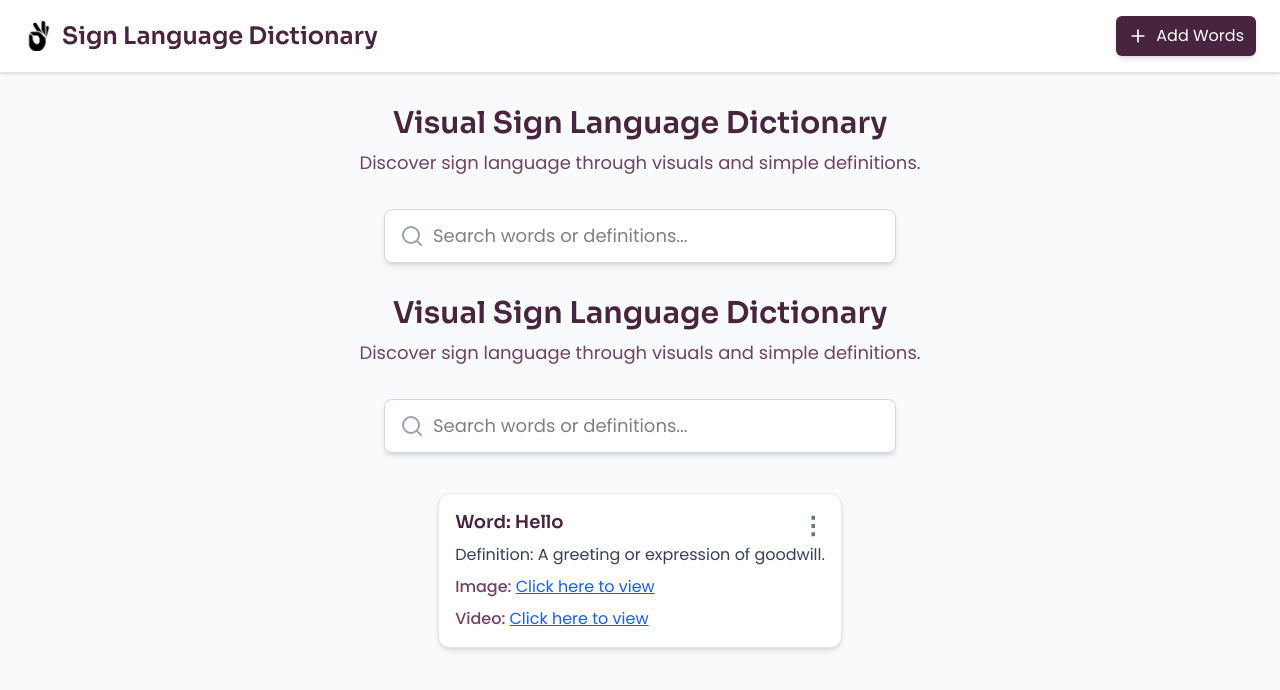
Repository: jabir12-12/sign-setu
Page: /
These files come from the project's save history. The page is drawn as it stood at one moment and after the next save; the edit follows.
The browser window is 1280 px wide. The pictures show the whole page.
The project was rebuilt for these pictures with package versions that can differ from the ones it lists, and the page was loaded fresh each time. The framework's server and built-in components were replaced by stand-ins that run in the browser. Also part of the build but not shown: next.config.ts.

Above is the page before, as saved 2025-05-27 17:28:44.

After the next save:
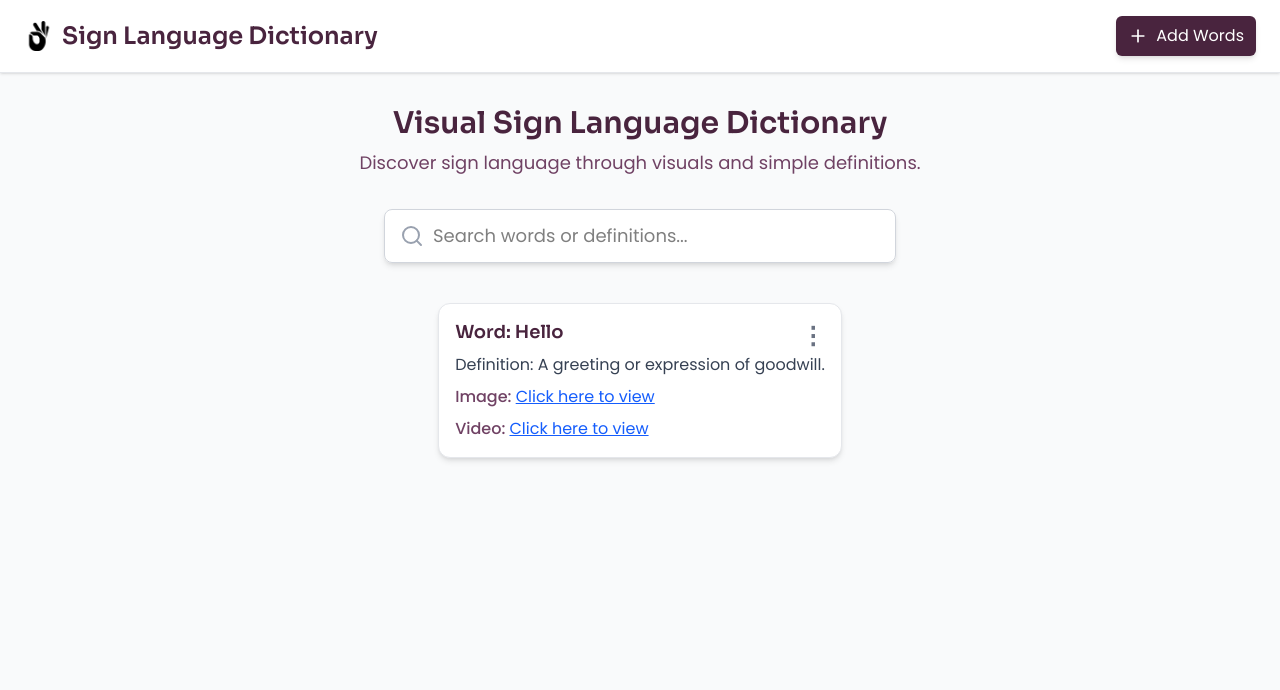
Saved 37 s later.
--- a/app/page.tsx
+++ b/app/page.tsx
@@ -52,7 +52,7 @@ export default function StockDashboard() {
         <div className="flex justify-center mt-8 px-4">
           <div className="relative w-full max-w-lg shadow-md rounded-lg bg-white">
             <span className="absolute inset-y-0 left-0 pl-4 flex items-center text-gray-400">
-              <Search className="w-6 h-6" /> {/* Bigger icon */}
+              <Search className="w-6 h-6" />
             </span>
             <input
               type="text"
@@ -61,70 +61,46 @@ export default function StockDashboard() {
             />
           </div>
         </div>
-        <>
-          <div className="text-center mt-8 px-4">
-            <h2 className="text-2xl md:text-3xl font-semibold text-[#49243E]">
-              Visual Sign Language Dictionary
-            </h2>
-            <p className="text-md md:text-lg text-[#704264] mt-2">
-              Discover sign language through visuals and simple definitions.
-            </p>
+
+        {/* Display Section */}
+        <div className="mt-10 px-4 max-w-3xl mx-auto space-y-6">
+          {/* Example card */}
+          <div className="relative bg-white rounded-xl shadow-md p-4 border border-gray-200 hover:shadow-lg transition duration-200">
+            {/* 3 Dots Menu */}
+            <div className="absolute top-4 right-4 cursor-pointer text-gray-500 hover:text-gray-700">
+              <span className="text-2xl font-bold">⋮</span>
+            </div>
+
+            <h3 className="text-xl font-semibold text-[#49243E] mb-2">Word: Hello</h3>
+            <p className="text-gray-700 mb-2">Definition: A greeting or expression of goodwill.</p>
+
+            <div className="mb-2">
+              <span className="font-medium text-[#704264]">Image: </span>
+              <a
+                href="https://example.com/image.jpg"
+                target="_blank"
+                rel="noopener noreferrer"
+                className="text-blue-600 underline"
+              >
+                Click here to view
+              </a>
+            </div>
+
+            <div>
+              <span className="font-medium text-[#704264]">Video: </span>
+              <a
+                href="https://example.com/video.mp4"
+                target="_blank"
+                rel="noopener noreferrer"
+                className="text-blue-600 underline"
+              >
+                Click here to view
+              </a>
+            </div>
           </div>
 
-          <div className="flex justify-center mt-8 px-4">
-            <div className="relative w-full max-w-lg shadow-md rounded-lg bg-white">
-              <span className="absolute inset-y-0 left-0 pl-4 flex items-center text-gray-400">
-                <Search className="w-6 h-6" />
-              </span>
-              <input
-                type="text"
-                placeholder="Search words or definitions..."
-                className="w-full pl-12 pr-5 py-3 text-lg border border-gray-300 rounded-lg focus:outline-none focus:ring-2 focus:ring-[#BB8493] focus:border-[#BB8493] hover:border-gray-400 transition-all duration-200"
-              />
-            </div>
-          </div>
-
-          {/* Display Section */}
-          <div className="mt-10 px-4 max-w-3xl mx-auto space-y-6">
-            {/* Example card */}
-            <div className="relative bg-white rounded-xl shadow-md p-4 border border-gray-200 hover:shadow-lg transition duration-200">
-              {/* 3 Dots Menu */}
-              <div className="absolute top-4 right-4 cursor-pointer text-gray-500 hover:text-gray-700">
-                <span className="text-2xl font-bold">⋮</span>
-              </div>
-
-              <h3 className="text-xl font-semibold text-[#49243E] mb-2">Word: Hello</h3>
-              <p className="text-gray-700 mb-2">Definition: A greeting or expression of goodwill.</p>
-
-              <div className="mb-2">
-                <span className="font-medium text-[#704264]">Image: </span>
-                <a
-                  href="https://example.com/image.jpg"
-                  target="_blank"
-                  rel="noopener noreferrer"
-                  className="text-blue-600 underline"
-                >
-                  Click here to view
-                </a>
-              </div>
-
-              <div>
-                <span className="font-medium text-[#704264]">Video: </span>
-                <a
-                  href="https://example.com/video.mp4"
-                  target="_blank"
-                  rel="noopener noreferrer"
-                  className="text-blue-600 underline"
-                >
-                  Click here to view
-                </a>
-              </div>
-            </div>
-
-            {/* You can map this design with dynamic data */}
-          </div>
-        </>
-
+          {/* You can map this design with dynamic data */}
+        </div>
       </>
       {/* Add Words */}
       <Dialog open={isopen} onClose={() => setIsOpen(false)} maxWidth="xs" fullWidth>
